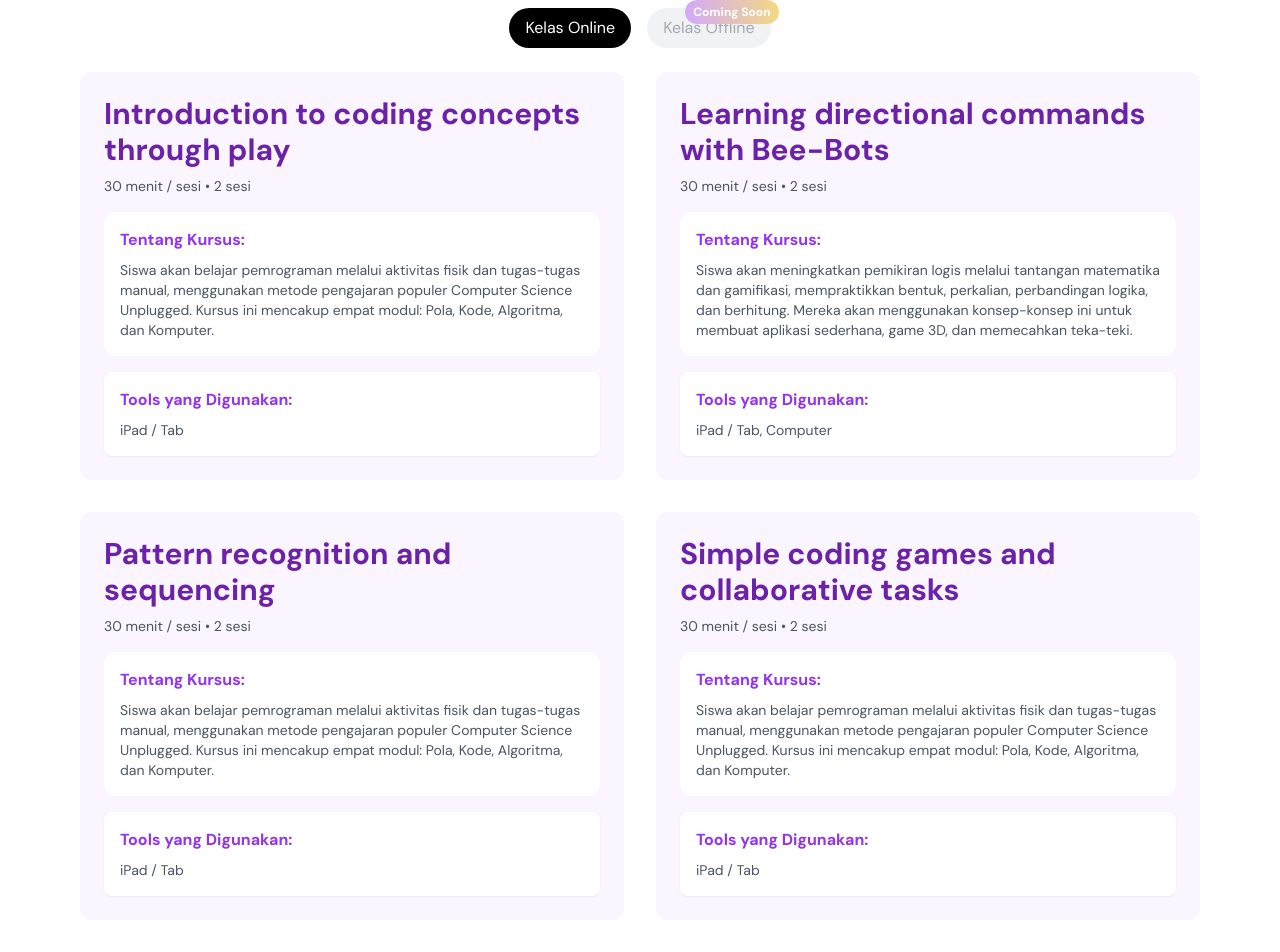
Repository: paskasiregar/ttccomweb
Page: /track/basic-programming
These files come from the project's save history. The page is drawn as it stood at one moment and after the next save; the edit follows.
The browser window is 1280 px wide. The pictures show the part of the page from y = 2179 to 3131 px (the page is 3131 px tall before and 3091 px after).
The project was rebuilt for these pictures with package versions that can differ from the ones it lists, and the page was loaded fresh each time. The framework's server and built-in components were replaced by stand-ins that run in the browser. Also part of the build but not shown: next.config.js, next.config.mjs.

Above is the page before, as saved 2024-11-16 23:33:17.

After the next save:
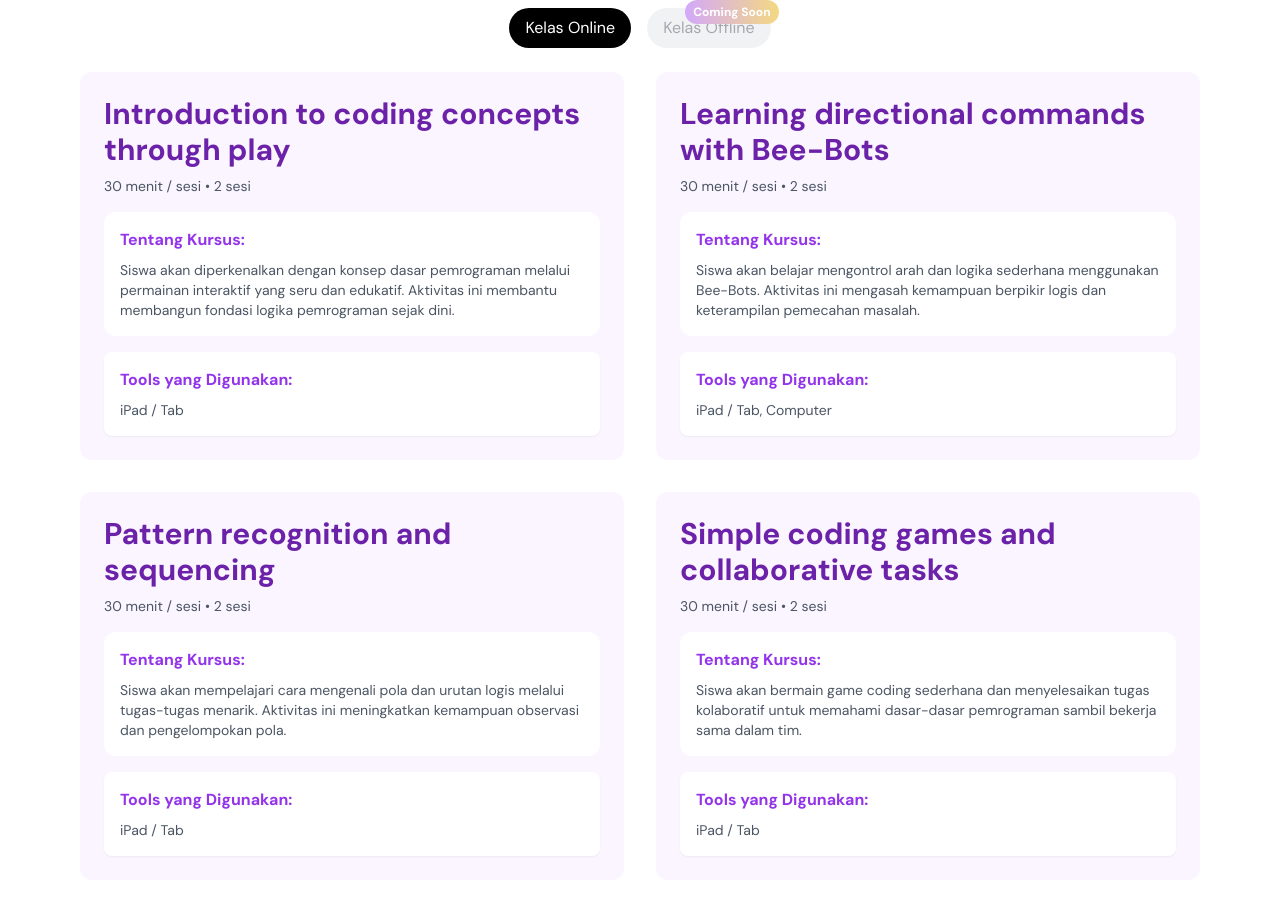
Saved 24 s later.
--- a/src/components/classType.jsx
+++ b/src/components/classType.jsx
@@ -7,28 +7,28 @@ export default function ClassType() {
         title="Introduction to coding concepts through play"
         duration="30 menit"
         sessions="2 sesi"
-        description="Siswa akan belajar pemrograman melalui aktivitas fisik dan tugas-tugas manual, menggunakan metode pengajaran populer Computer Science Unplugged. Kursus ini mencakup empat modul: Pola, Kode, Algoritma, dan Komputer."
+        description="Siswa akan diperkenalkan dengan konsep dasar pemrograman melalui permainan interaktif yang seru dan edukatif. Aktivitas ini membantu membangun fondasi logika pemrograman sejak dini."
         tools="iPad / Tab"
       />
       <ClassCard
         title="Learning directional commands with Bee-Bots"
         duration="30 menit"
         sessions="2 sesi"
-        description="Siswa akan meningkatkan pemikiran logis melalui tantangan matematika dan gamifikasi, mempraktikkan bentuk, perkalian, perbandingan logika, dan berhitung. Mereka akan menggunakan konsep-konsep ini untuk membuat aplikasi sederhana, game 3D, dan memecahkan teka-teki."
+        description="Siswa akan belajar mengontrol arah dan logika sederhana menggunakan Bee-Bots. Aktivitas ini mengasah kemampuan berpikir logis dan keterampilan pemecahan masalah."
         tools="iPad / Tab, Computer"
       />
       <ClassCard
         title="Pattern recognition and sequencing"
         duration="30 menit"
         sessions="2 sesi"
-        description="Siswa akan belajar pemrograman melalui aktivitas fisik dan tugas-tugas manual, menggunakan metode pengajaran populer Computer Science Unplugged. Kursus ini mencakup empat modul: Pola, Kode, Algoritma, dan Komputer."
+        description="Siswa akan mempelajari cara mengenali pola dan urutan logis melalui tugas-tugas menarik. Aktivitas ini meningkatkan kemampuan observasi dan pengelompokan pola."
         tools="iPad / Tab"
       />
       <ClassCard
         title="Simple coding games and collaborative tasks"
         duration="30 menit"
         sessions="2 sesi"
-        description="Siswa akan belajar pemrograman melalui aktivitas fisik dan tugas-tugas manual, menggunakan metode pengajaran populer Computer Science Unplugged. Kursus ini mencakup empat modul: Pola, Kode, Algoritma, dan Komputer."
+        description="Siswa akan bermain game coding sederhana dan menyelesaikan tugas kolaboratif untuk memahami dasar-dasar pemrograman sambil bekerja sama dalam tim."
         tools="iPad / Tab"
       />
     </div>
